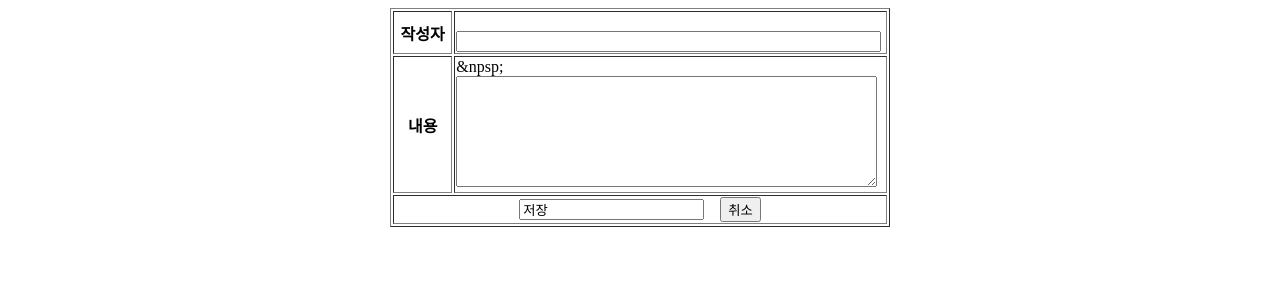
Repository: ghs0814/jsp-workspace
Page: ServletProject/src/main/webapp/bbs/write.html
These files come from the project's save history. The page is drawn as it stood at one moment and after the next save; the edit follows.
The browser window is 1280 px wide. The pictures show the whole page.

Above is the page before, as saved 2026-05-21 04:18:03.

### ServletProject/src/main/webapp/bbs/write.html
<!DOCTYPE html>
<html>
<head>
<meta charset="UTF-8">
<title></title>
</head>
<body>
<form action="" method="post">
		<table align="center" width="500" border="1">
			<tr>
				<th width="70">작성자</th>
				<td width="430">&nbsp;
					<input type="text" name="write" size="50">
				</td>
			</tr>

			<tr>
				<th>내용</th>
				<td>
					&npsp;<textarea rows="7" cols="50" name="memo"></textarea>
				</td>
			</tr>

			<tr>
				<td colspan="2" align="center">
					<input type="submin" value="저장"> &nbsp;&nbsp;
					<input type="reset" value="취소">
				</td>
			</tr>


		</table>

	</form>

</body>
</html>

After the next save:
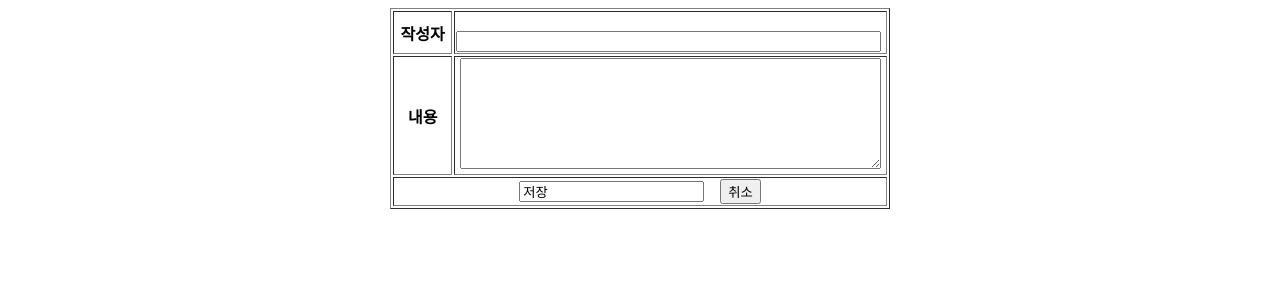
Saved 20 s later.
--- a/ServletProject/src/main/webapp/bbs/write.html
+++ b/ServletProject/src/main/webapp/bbs/write.html
@@ -17,7 +17,7 @@
 			<tr>
 				<th>내용</th>
 				<td>
-					&npsp;<textarea rows="7" cols="50" name="memo"></textarea>
+					&nbsp;<textarea rows="7" cols="50" name="memo"></textarea>
 				</td>
 			</tr>
 
